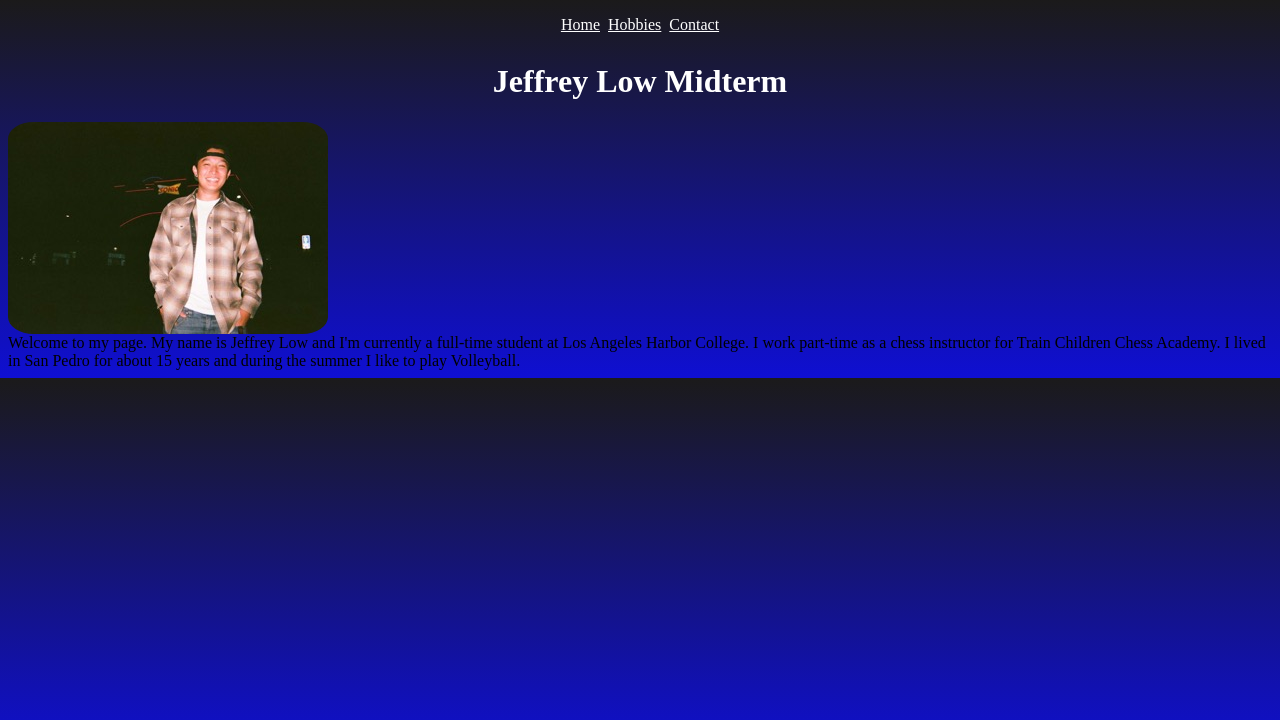
Repository: sebas6292/Jeff-Midterm
Page: home.html
The author's editor kept a copy of each file at every save. The page is drawn from the files as they stood at one save, then again after the next save.
The browser window is 1280 px wide. The pictures show the whole page.

Above is the page before, as saved 2023-04-30 23:28:51.

After the next save:
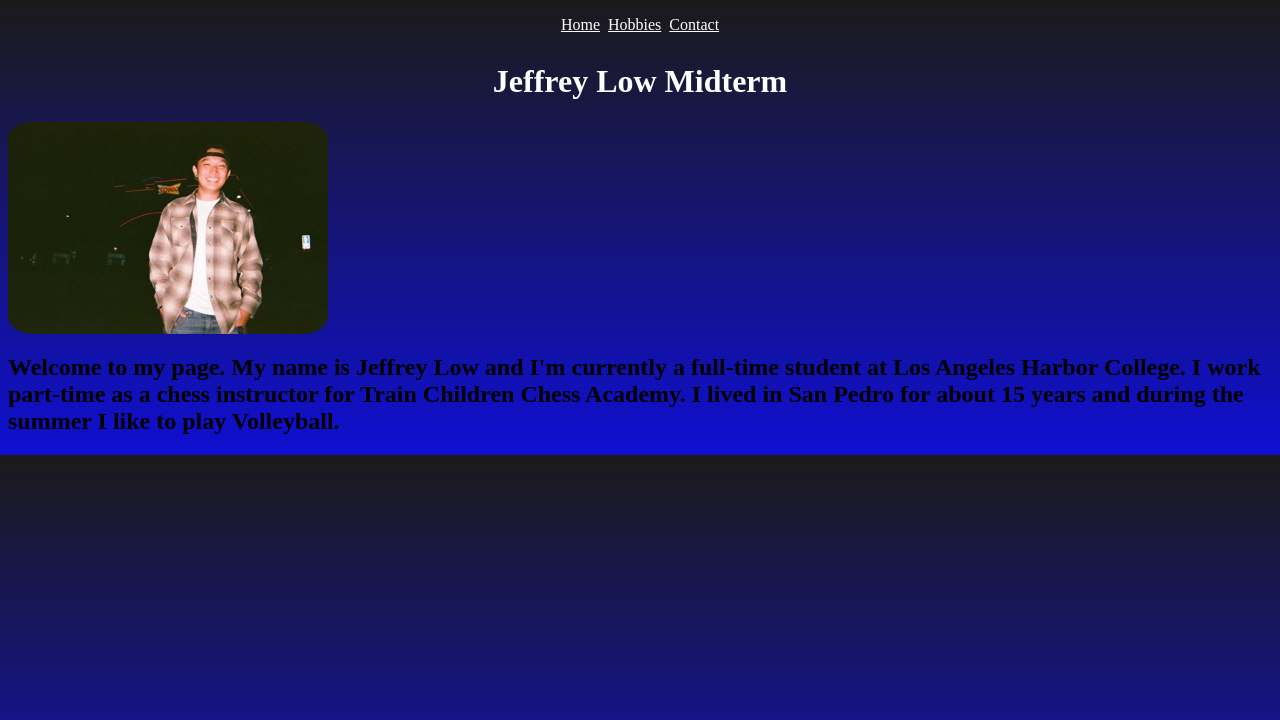
Saved 26 s later.
--- a/home.html
+++ b/home.html
@@ -14,7 +14,7 @@
     </nav>
     <main>
       <h1>Jeffrey Low Midterm</h1>
-      <img src="pics/Swag.jpeg"
+      <img src="pics/Swag.jpeg">
     <h2>Welcome to my page. My name is Jeffrey Low and I'm currently a full-time student at Los Angeles Harbor College. I work part-time as a chess instructor for Train Children Chess Academy. I lived in San Pedro for about 15 years and during the summer I like to play Volleyball. </h2>
     </main>
   </body>
